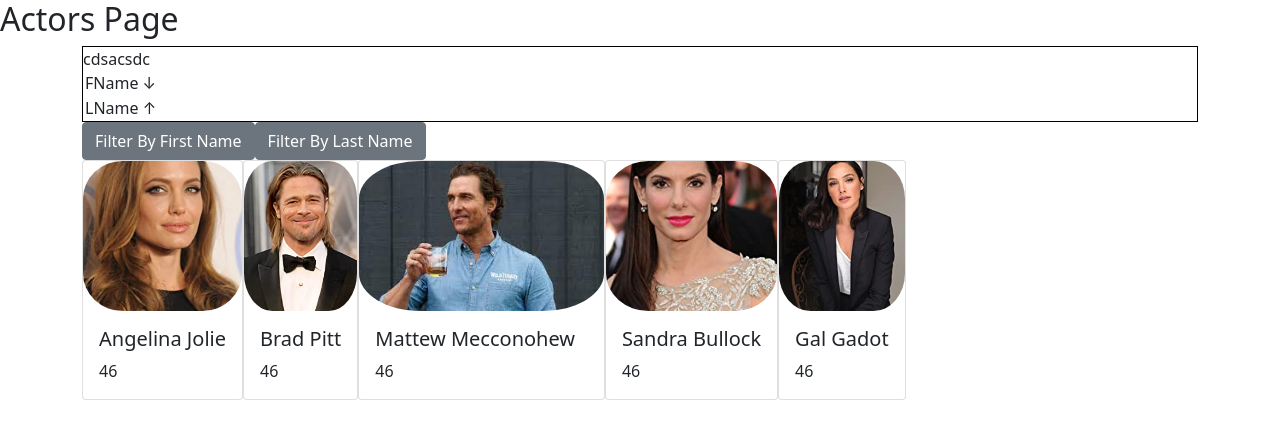
Repository: shuroo/FECourse-react-movieapp
Page: /
The author's editor kept a copy of each file at every save. The page is drawn from the files as they stood at one save, then again after the next save.
The browser window is 1280 px wide. The pictures show the whole page.
The project was rebuilt for these pictures with package versions that can differ from the ones it lists, and the page was loaded fresh each time. Also part of the build but not shown: src/App.css.

Above is the page before, as saved 2021-07-25 19:24:38.

After the next save:
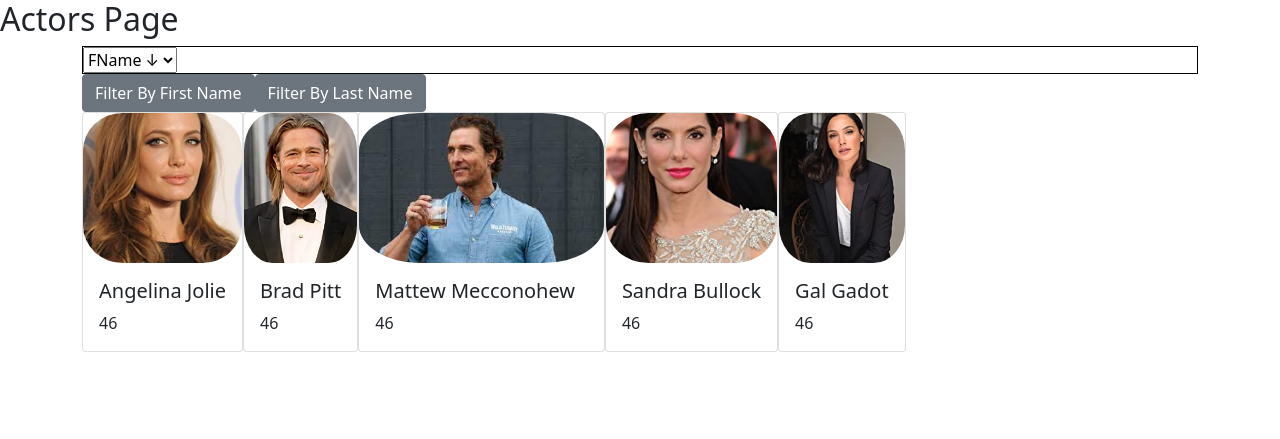
Saved 62 s later.
--- a/src/components/SortComponent.jsx
+++ b/src/components/SortComponent.jsx
@@ -29,9 +29,10 @@ function SortComponent({sortCriteria, actors, setActors,setSortCriteria}){
     return(
 
 <FormSelect style={{border:"1px solid black"}} name="sortBy" value={sortCriteria} onChange={sortBy}  >
- cdsacsdc
+ <select>
   <option onSelect={setSortCriteria} value="firstName">FName &#8595;</option>
   <option onSelect={setSortCriteria} value="lastName">LName &#8593;</option>
+  </select>
 </FormSelect>
 
 )}
